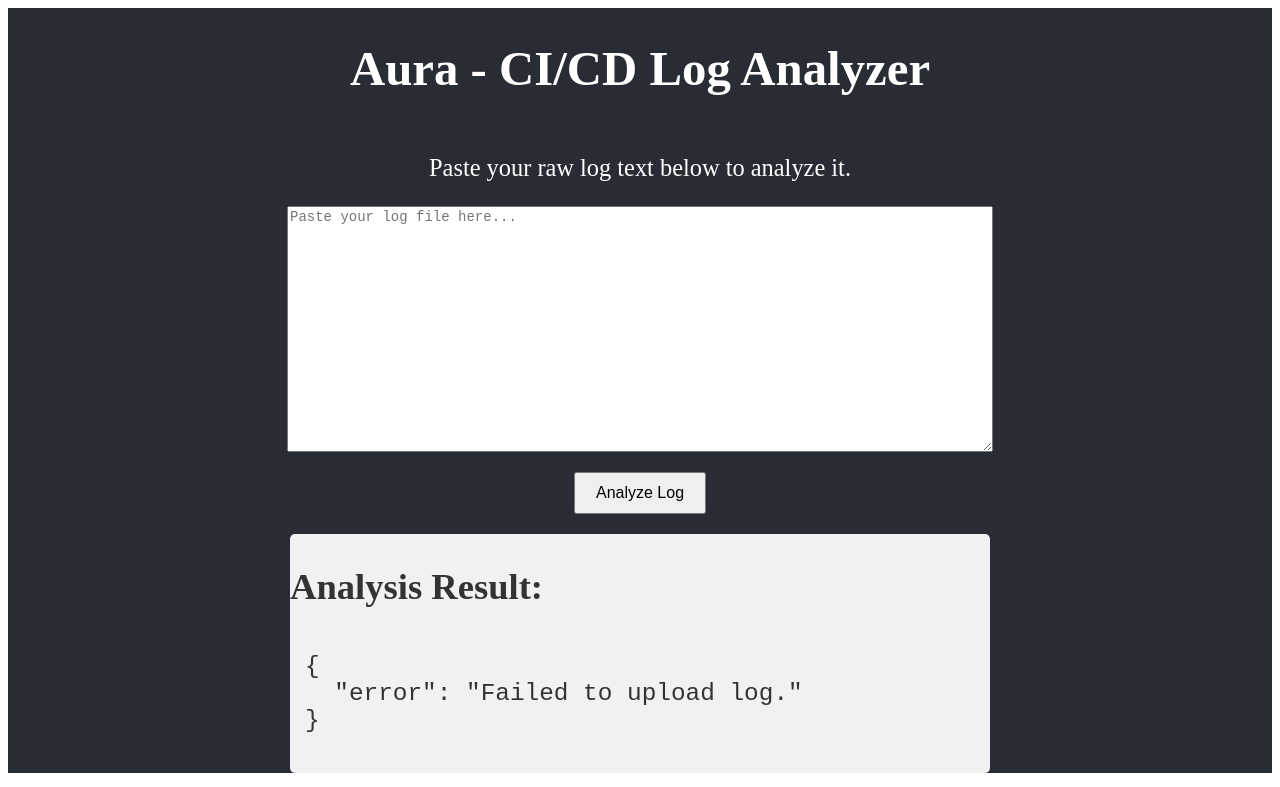
Repository: AuthnSapuarachchi/aura-ci-optimizer
Page: / (app in frontend/), after clicking the first element matching `button`
These files come from the project's save history. The page is drawn as it stood at one moment and after the next save; the edit follows.
The browser window is 1280 px wide. The pictures show the whole page.
The page's requests for data from a server got no answer. The project was rebuilt for these pictures with package versions that can differ from the ones it lists, and the page was loaded fresh each time. No one was signed in, and anything a server would have sent is missing. Also part of the build but not shown: frontend/vite.config.js, frontend/src/index.css.

Above is the page before, as saved 2025-11-17 18:01:58.

### frontend/src/App.jsx
import { useState, useEffect } from 'react'
import './App.css'

function App() {

  // Create 'state' variables
  // 'logText' will hold the text from the text area
  const [logText, setLogText] = useState('');

  // 'analysisResult' will hold the JSON response from our backend
  const [analysisResult, setAnalysisResult] = useState(null);

  // 'isLoading' will show a "Loading..." message
  const [isLoading, setIsLoading] = useState(false);

  // ADD THIS NEW STATE to hold our list
  const [logList, setLogList] = useState([]);


  // This function is called when the button is clicked
  const handleSubmit = () => {
    // 1. Set loading to true
    setIsLoading(true);
    setAnalysisResult(null);

    // 2. Call our Spring Boot API
    // We use the 'fetch' API built into the browser
    fetch('http://localhost:8080/api/v1/log/upload', {
      method: 'POST',
      headers: {
        // We tell the server we are sending plain text
        'Content-Type': 'text/plain',
      },
      // The 'body' is the raw log text from our state
      body: logText,
    })
      .then(response => response.json()) // 3. Convert the response to JSON
      .then(data => {
        // 4. Save the JSON response in our state
        setAnalysisResult(data);
        setIsLoading(false);
        fetchAllLogs();
      })
      .catch(error => {
        // 5. Handle any errors
        console.error('Error uploading log:', error);
        setAnalysisResult({ error: 'Failed to upload log.' });
        setIsLoading(false);
      });

  };

  const fetchAllLogs = () => {
  fetch('http://localhost:8080/api/v1/log/all')
    .then(response => response.json())
    .then(data => {
      // Sort the list so the newest is at the top
      data.sort((a, b) => new Date(b.uploadedAt) - new Date(a.uploadedAt));
      setLogList(data);
    })
    .catch(error => console.error('Error fetching logs:', error));
  };

    // useEffect hook: Runs once on component mount
  useEffect(() => {
  fetchAllLogs();
  }, []); // <-- The empty array [] means "run this only once"


  return (
    <div className="App">
      <header className="App-header">
        <h1>Aura - CI/CD Log Analyzer</h1>
        <p>Paste your raw log text below to analyze it.</p>

        <textarea
          rows="15"
          cols="80"
          placeholder="Paste your log file here..."
          value={logText}
          onChange={e => setLogText(e.target.value)}
        />

        <button onClick={handleSubmit} disabled={isLoading}>
          {isLoading ? 'Analyzing...' : 'Analyze Log'}
        </button>

        {/* This section displays the result */}
        {analysisResult && (
          <div className="result-box">
            <h2>Analysis Result:</h2>
            {/* <pre> tag is good for showing formatted JSON */}
            <pre>
              {JSON.stringify(analysisResult, null, 2)}
            </pre>
          </div>
        )}
      </header>



    </div>
  )
}

export default App

### frontend/src/App.css
.App {
  text-align: center;
}
.App-header {
  background-color: #282c34;
  min-height: 100vh;
  display: flex;
  flex-direction: column;
  align-items: center;
  justify-content: center;
  font-size: calc(10px + 2vmin);
  color: white;
}
textarea {
  width: 80%;
  max-width: 700px;
  margin-bottom: 20px;
  font-family: monospace;
  font-size: 14px;
}
button {
  padding: 10px 20px;
  font-size: 16px;
  cursor: pointer;
}
.result-box {
  margin-top: 20px;
  width: 80%;
  max-width: 700px;
  background-color: #f1f1f1;
  color: #333;
  border-radius: 5px;
  text-align: left;
}
pre {
  padding: 15px;
  white-space: pre-wrap; /* Makes the JSON wrap */
  word-wrap: break-word;
}

Loaded but not shown: frontend/index.html (common file); frontend/src/main.jsx (common file)

After the next save:
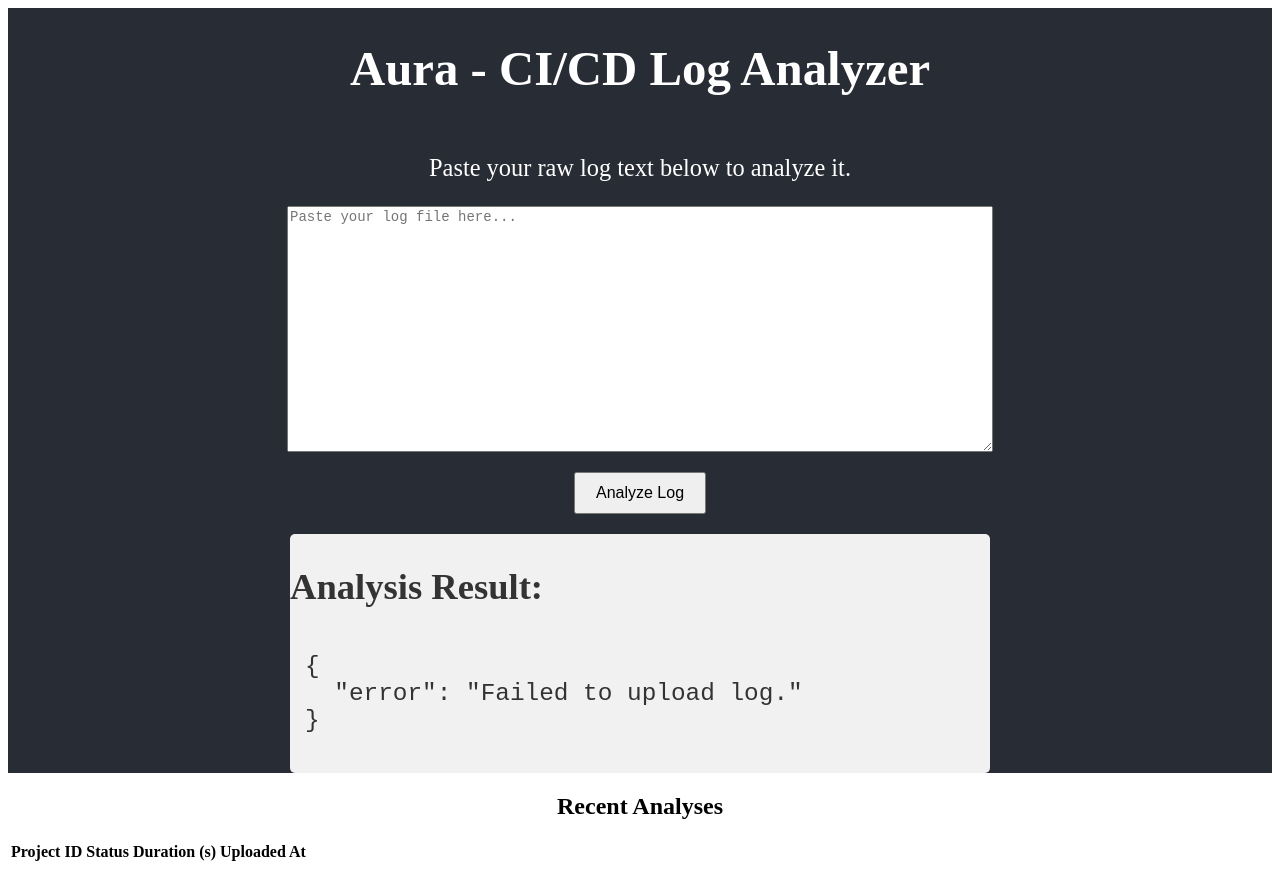
Saved 15 s later.
--- a/frontend/src/App.jsx
+++ b/frontend/src/App.jsx
@@ -97,7 +97,33 @@ function App() {
         )}
       </header>
 
-
+        {/* NEW SECTION: LOG LIST */}
+  <div className="log-list-container">
+    <h2>Recent Analyses</h2>
+    <table className="log-table">
+      <thead>
+        <tr>
+          <th>Project ID</th>
+          <th>Status</th>
+          <th>Duration (s)</th>
+          <th>Uploaded At</th>
+        </tr>
+      </thead>
+      <tbody>
+        {/* We loop over the logList state and create a row for each item */}
+        {logList.map(log => (
+          <tr key={log.id}>
+            <td>{log.projectId}</td>
+            <td>{log.parsedStatus}</td>
+            <td>{log.parsedDurationSeconds}</td>
+            {/* Format the date to be more readable */}
+            <td>{new Date(log.uploadedAt).toLocaleString()}</td>
+          </tr>
+        ))}
+      </tbody>
+    </table>
+  </div>
+  {/* END NEW SECTION */}
 
     </div>
   )
